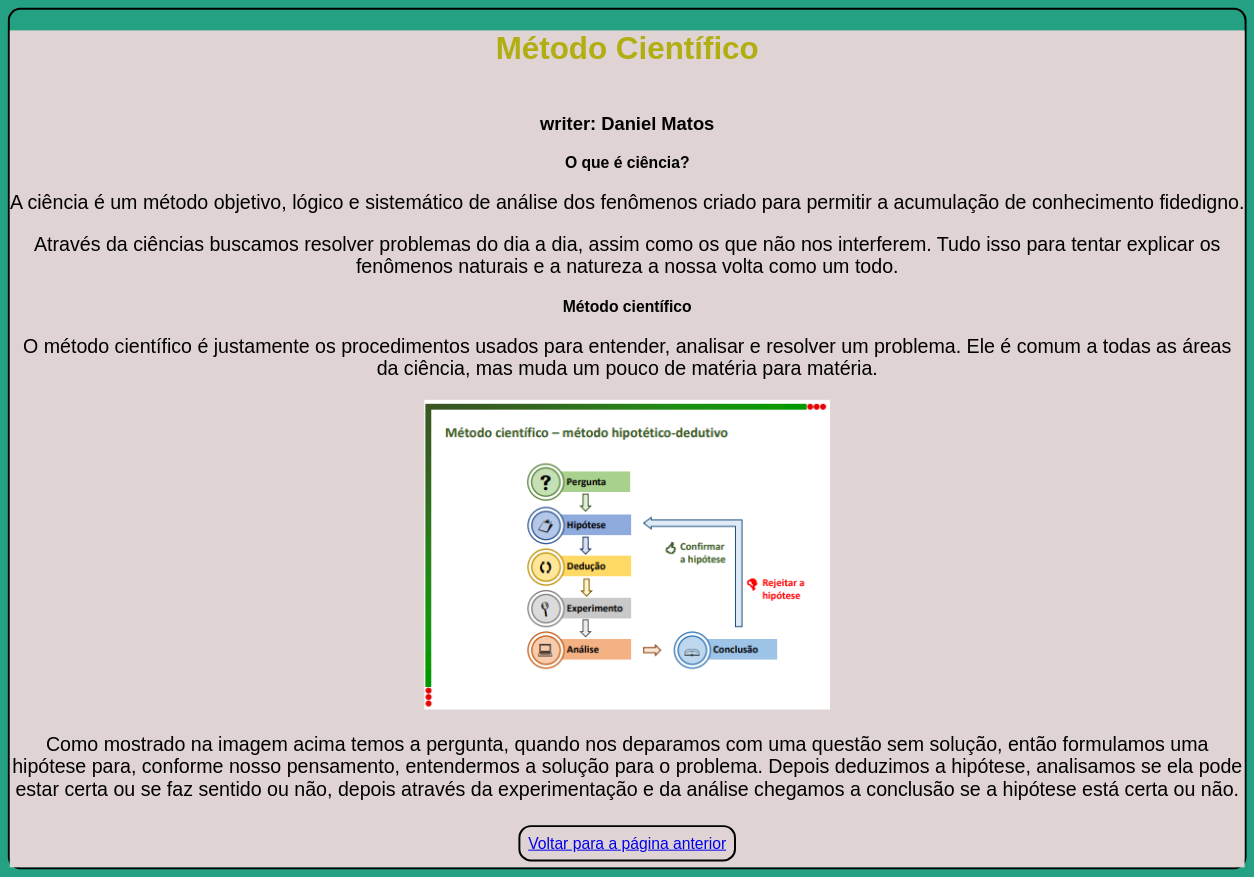
Repository: batmit/FutureFundation.github.io-1
Page: menu/articles/ciencias/metodo.html
An editor plug-in stored every save of this project. The page is shown before and after the next save, followed by the edit.
The browser window is 1280 px wide. The pictures show the whole page, at 98% of full size.

Above is the page before, as saved 2021-09-15 12:51:57.

After the next save:
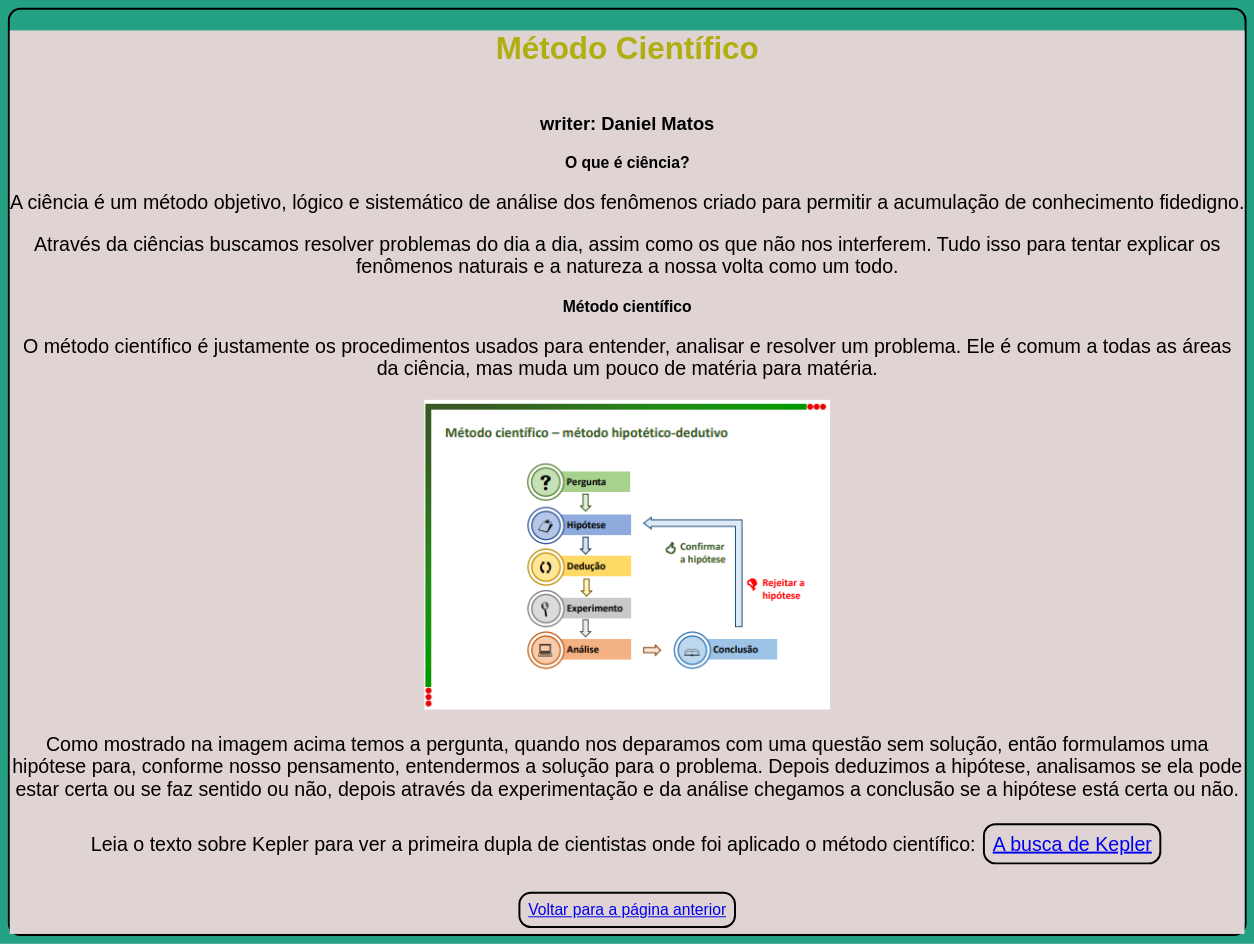
Saved 41 s later.
--- a/menu/articles/ciencias/metodo.html
+++ b/menu/articles/ciencias/metodo.html
@@ -26,6 +26,7 @@
 
         <p>Como mostrado na imagem acima temos a pergunta, quando nos deparamos com uma questão sem solução, então formulamos uma hipótese para, conforme nosso pensamento, entendermos a solução para o problema. Depois deduzimos a hipótese, analisamos se ela pode estar certa ou se faz sentido ou não, depois através da experimentação e da análise chegamos a conclusão se a hipótese está certa ou não.</p>
 
+        <p>Leia o texto sobre Kepler para ver a primeira dupla de cientistas onde foi aplicado o método científico: <a href="./keplercopérnico.html">A busca de Kepler</a></p>
 
         <a href="./ciencias.html">Voltar para a página anterior</a>
     </div>
